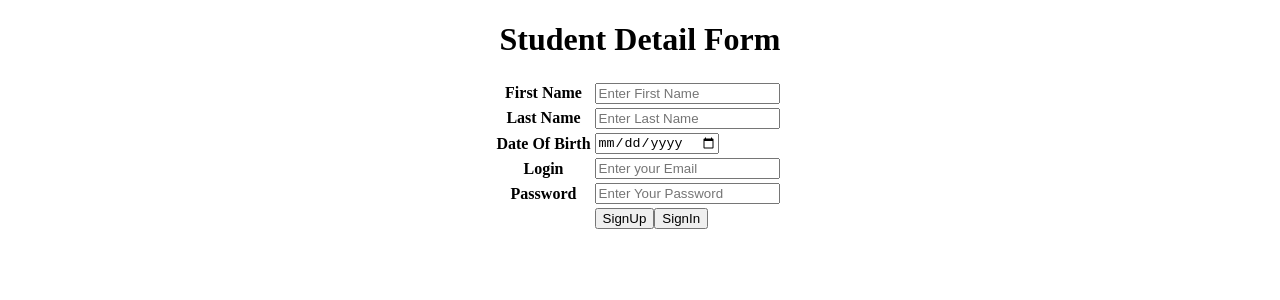
Repository: Abhi070717/Advance-Java
Page: http://localhost/jsp-servlet/UserForm.jsp
An editor plug-in stored every save of this project. The page is shown before and after the next save, followed by the edit.
The browser window is 1280 px wide. The pictures show the whole page.
The page is served by Tomcat 9.

Above is the page before, as saved 2026-01-21 11:09:50.

After the next save:
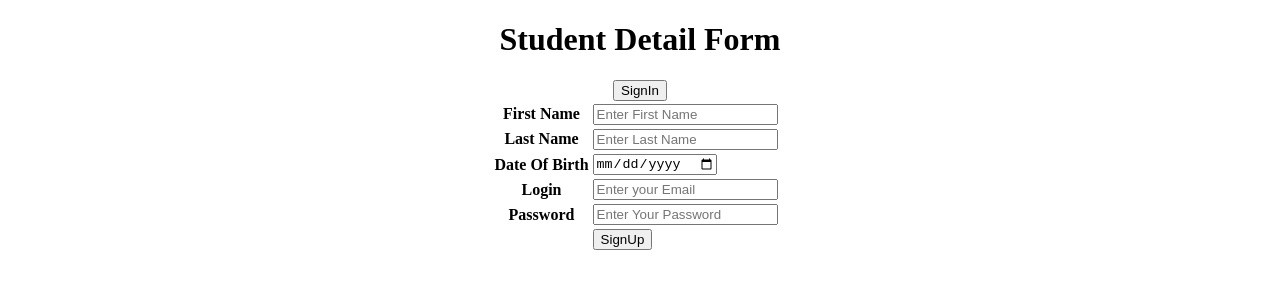
Saved 48 s later.
--- a/Jsp-servlet/jsp-servlet/WebContent/UserForm.jsp
+++ b/Jsp-servlet/jsp-servlet/WebContent/UserForm.jsp
@@ -38,7 +38,7 @@
 						placeholder="Enter Your Password"></td>
 				</tr>
 					<th></th>
-					<td><input type="Submit" name="operation" value="SignUp"><input type="Submit" name="operation" value="SignIn"></td> <td></td>
+					<td><input type="Submit" name="operation" value="SignUp"><td></td> <input type="Submit" name="operation" value="SignIn"></td> <td></td>
 				</tr>
 			</table>
 
